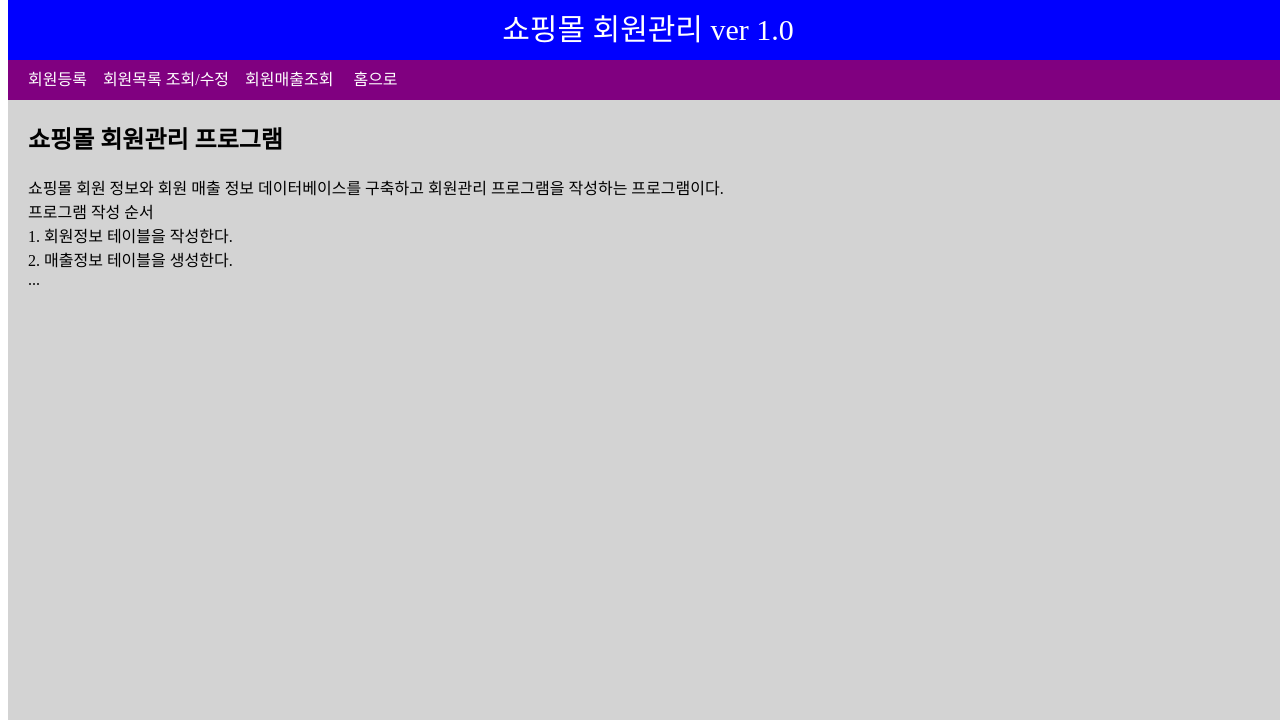
Repository: haileylee94/mini-project
Page: http://localhost/hrd/
The author's editor kept a copy of each file at every save. The page is drawn from the files as they stood at one save, then again after the next save.
The browser window is 1280 px wide. The pictures show the whole page.
The page is served by Tomcat 9. Other server files are loaded and not shown.

Above is the page before, as saved 2022-11-17 10:24:58.

### hrd/WebContent/index.jsp
<%@ page language="java" contentType="text/html; charset=UTF-8"
    pageEncoding="UTF-8"%>
<!DOCTYPE html>
<html>
<head>
<meta charset="UTF-8">
<title>index</title>
<style type="text/css">
	header{
		position:fixed;
		top:0px;
		width:100%;
		height: 60px;
		background-color: blue;
		color: white;
		text-align: center;
		line-height: 60px;
		font-size: 30px;
	}
	nav{
		position: fixed;
		top: 60px;
		width: 100%;
		height: 40px;
		background-color: purple;
		line-height: 40px;
		padding-left: 20px;
		color: #fff;
	}
	section{
		position: fixed;
		top: 100px;
		background-color: lightgray;
		height: 100%;
		width: 100%;
		padding-left: 20px;
	}
</style>
</head>
<body>
	<header>
		쇼핑몰 회원관리 ver 1.0
	</header>
	<nav>
		회원등록 &nbsp;&nbsp;	회원목록 조회/수정 &nbsp;&nbsp;	회원매출조회 &nbsp;&nbsp;&nbsp;	홈으로
	</nav>
	<section>
		<h1>쇼핑몰 회원관리 프로그램<br></h1>
		쇼핑몰 회원 정보와 회원 매출 정보 데이터베이스를 구축하고 회원관리 프로그램을 작성하는 프로그램이다.<br>
		프로그램 작성 순서<br>
		1. 회원정보 테이블을 작성한다.<br>
		2. 매출정보 테이블을 생성한다.<br>
		...
	</section>
</body>
</html>

After the next save:
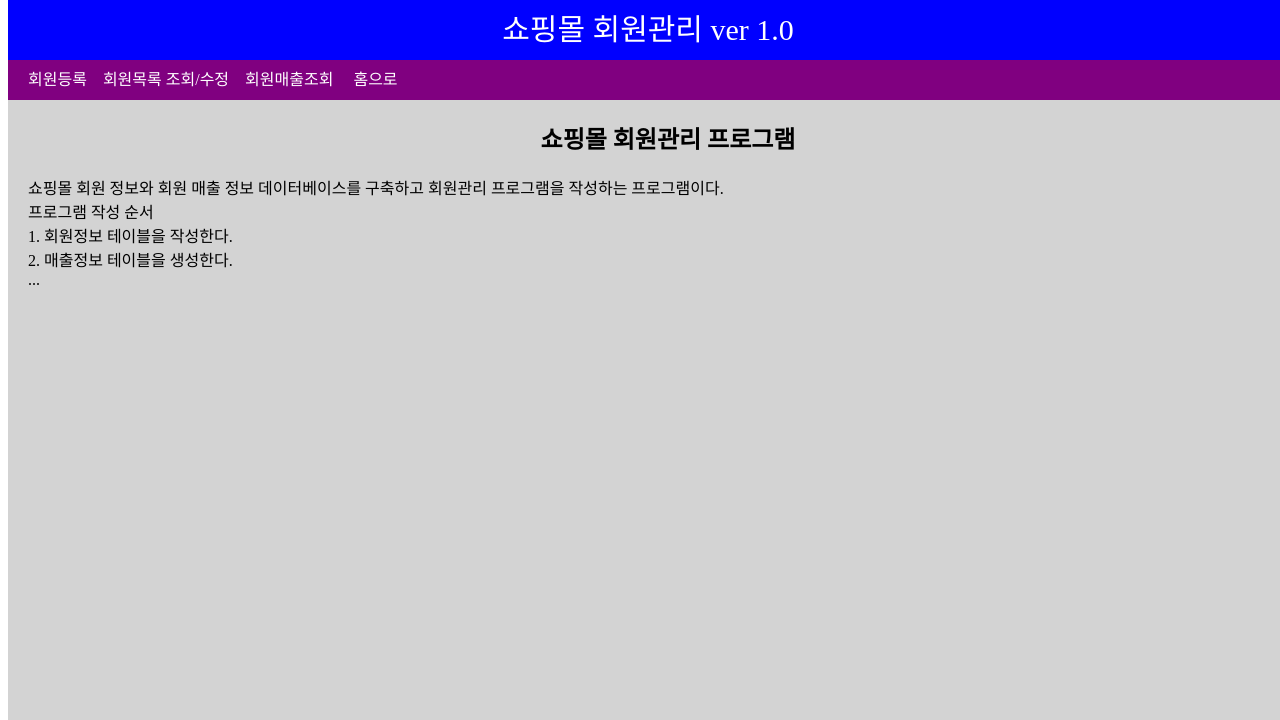
Saved 92 s later.
--- a/hrd/WebContent/index.jsp
+++ b/hrd/WebContent/index.jsp
@@ -41,16 +41,22 @@
 	<header>
 		쇼핑몰 회원관리 ver 1.0
 	</header>
+
 	<nav>
 		회원등록 &nbsp;&nbsp;	회원목록 조회/수정 &nbsp;&nbsp;	회원매출조회 &nbsp;&nbsp;&nbsp;	홈으로
 	</nav>
+
 	<section>
-		<h1>쇼핑몰 회원관리 프로그램<br></h1>
+		<h1 style="text-align: center;"><b>쇼핑몰 회원관리 프로그램</b><br></h1>
 		쇼핑몰 회원 정보와 회원 매출 정보 데이터베이스를 구축하고 회원관리 프로그램을 작성하는 프로그램이다.<br>
 		프로그램 작성 순서<br>
 		1. 회원정보 테이블을 작성한다.<br>
 		2. 매출정보 테이블을 생성한다.<br>
 		...
 	</section>
+
+	<footer>
+
+	</footer>
 </body>
 </html>
